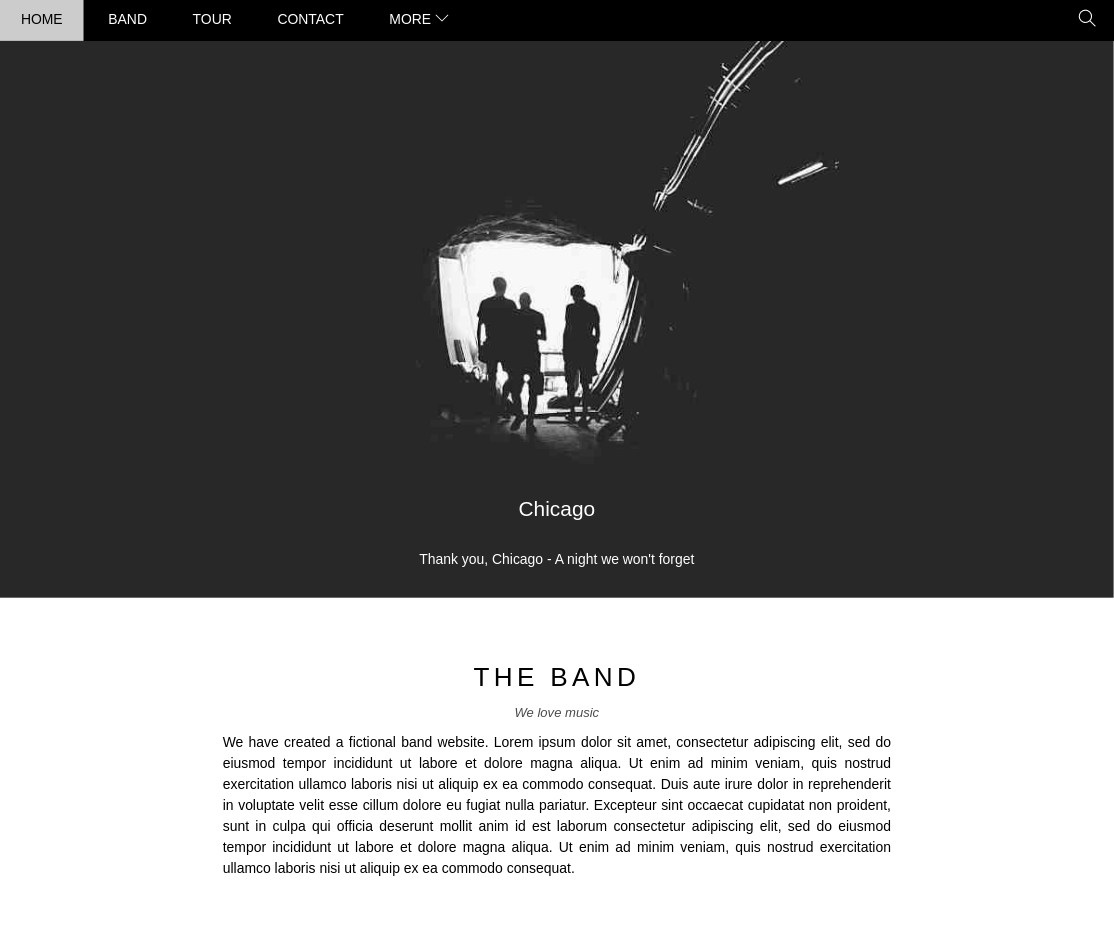
Repository: thanhsonnguyen-gif/f8-learn
Page: projectDemoTheBand/index.html
The author's editor kept a copy of each file at every save. The page is drawn from the files as they stood at one save, then again after the next save.
The browser window is 1280 px wide. The pictures show the whole page, at 87% of full size.

Above is the page before, as saved 2022-06-24 18:01:14.

### projectDemoTheBand/index.html
<!DOCTYPE html>
<html lang="en">
  <head>
    <meta charset="UTF-8" />
    <meta http-equiv="X-UA-Compatible" content="IE=edge" />
    <meta name="viewport" content="width=device-width, initial-scale=1.0" />
    <title>Document</title>
    <link rel="stylesheet" href="./assets/css/style.css" />
    <link
      rel="stylesheet"
      href="./assets/fonts/themify-icons-font/themify-icons/themify-icons.css"
    />
  </head>
  <body>
    <div id="main">
      <div id="header">
        <ul id="nav">
          <li><a href="">HOME</a></li>
          <li><a href="">BAND</a></li>
          <li><a href="">TOUR</a></li>
          <li><a href="">CONTACT</a></li>
          <li>
            <a title="more" href="#">
              More
              <i class="ti-angle-down"></i>
            </a>
            <ul class="subnav">
              <li><a href="">Merchandise</a></li>
              <li><a href="">Extras</a></li>
              <li><a href="">Media</a></li>
            </ul>
          </li>
        </ul>
        <div class="search-btn">
          <i class="ti-search"></i>
        </div>
      </div>
      <div id="slide">
        <div id="textContent">
          <h1 id="city">Chicago</h1>
          <p id="decription">Thank you, Chicago - A night we won't forget</p>
        </div>
      </div>
      <div id="content">
        <div id="about-session">
          <div class="heading">THE BAND</div>
          <div class="sub-heading">We love music</div>
          <p class="text-about"
            >We have created a fictional band website. Lorem ipsum dolor sit
            amet, consectetur adipiscing elit, sed do eiusmod tempor incididunt
            ut labore et dolore magna aliqua. Ut enim ad minim veniam, quis
            nostrud exercitation ullamco laboris nisi ut aliquip ex ea commodo
            consequat. Duis aute irure dolor in reprehenderit in voluptate velit
            esse cillum dolore eu fugiat nulla pariatur. Excepteur sint occaecat
            cupidatat non proident, sunt in culpa qui officia deserunt mollit
            anim id est laborum consectetur adipiscing elit, sed do eiusmod
            tempor incididunt ut labore et dolore magna aliqua. Ut enim ad minim
            veniam, quis nostrud exercitation ullamco laboris nisi ut aliquip ex
            ea commodo consequat.</p
          >
        </div>
      </div>
      <div id="footer"> </div>
    </div>
  </body>
</html>

### projectDemoTheBand/assets/css/style.css
* {
  padding: 0;
  margin: 0;
  box-sizing: border-box;
}

#main {
  font-family: Arial, Helvetica, sans-serif;
}

#header {
  position: fixed;
  left: 0;
  right: 0;
  top: 0;
  background-color: #000;
  height: 46.5px;
  color: #fff;
  z-index: 1;
}

#nav {
  display: inline-block;
}

#nav ul {
  list-style-type: none;
}

#nav > li {
  display: inline-block;
  position: relative;
}

#nav > li > a {
  line-height: 46.5px;
  padding: 0 24px;
  text-decoration: none;
  color: #fff;
  display: block;
  text-transform: uppercase;
}

#nav > li:hover > a {
  background-color: #ccc;
  color: #000;
}

#nav > li:hover .subnav {
  display: block;
}

#nav .subnav {
  position: absolute;
  display: none;
  box-shadow: 0 0 5px rgba(0, 0, 0, 0.4);
  background-color: #fff;
  min-width: 160px;
}

#nav .subnav > li > a {
  line-height: 38.5px;
  padding: 0 16px;
  text-decoration: none;
  color: #000;
  display: block;
}

#nav .subnav > li:hover > a {
  background-color: #ccc;
}

#naw .ti-angle-down {
  font-size: 14px;
}

.search-btn {
  float: right;
  color: #fff;
  font-size: 20px;
  right: 0;
  line-height: 46px;
  padding: 0 20px;
  cursor: pointer;
}

.search-btn:hover {
  background-color: #f44336;
}

#slide {
  margin-top: 46.5px;
  padding-top: 50%;
  background: url(/projectDemoTheBand/assets/img/slide1.jpg) top center / cover
    no-repeat;
  position: relative;
}

#textContent {
  width: 100%;
  color: #fff;
  text-align: center;
  position: absolute;
  bottom: 0;
}

#city {
  font-weight: 500;
  font-size: 24px;
}

#decription {
  font-size: 16px;
  padding: 35px 0;
}

#content {
}

#about-session {
  width: 800px;
  margin: 0 auto;
  padding: 64px 16px;
}

.heading {
  text-align: center;
  letter-spacing: 5px;
  margin: 10px 0;
  font-size: 30px;
}

.sub-heading {
  text-align: center;
  font-style: italic;
  opacity: 0.7;
  margin: 15px 0;
  font-size: 15px;
}

.text-about {
  text-align: justify;
  line-height: 1.5;
}

#footer {
}

Loaded but not shown: projectDemoTheBand/assets/fonts/themify-icons-font/themify-icons/themify-icons.css (common file)

After the next save:
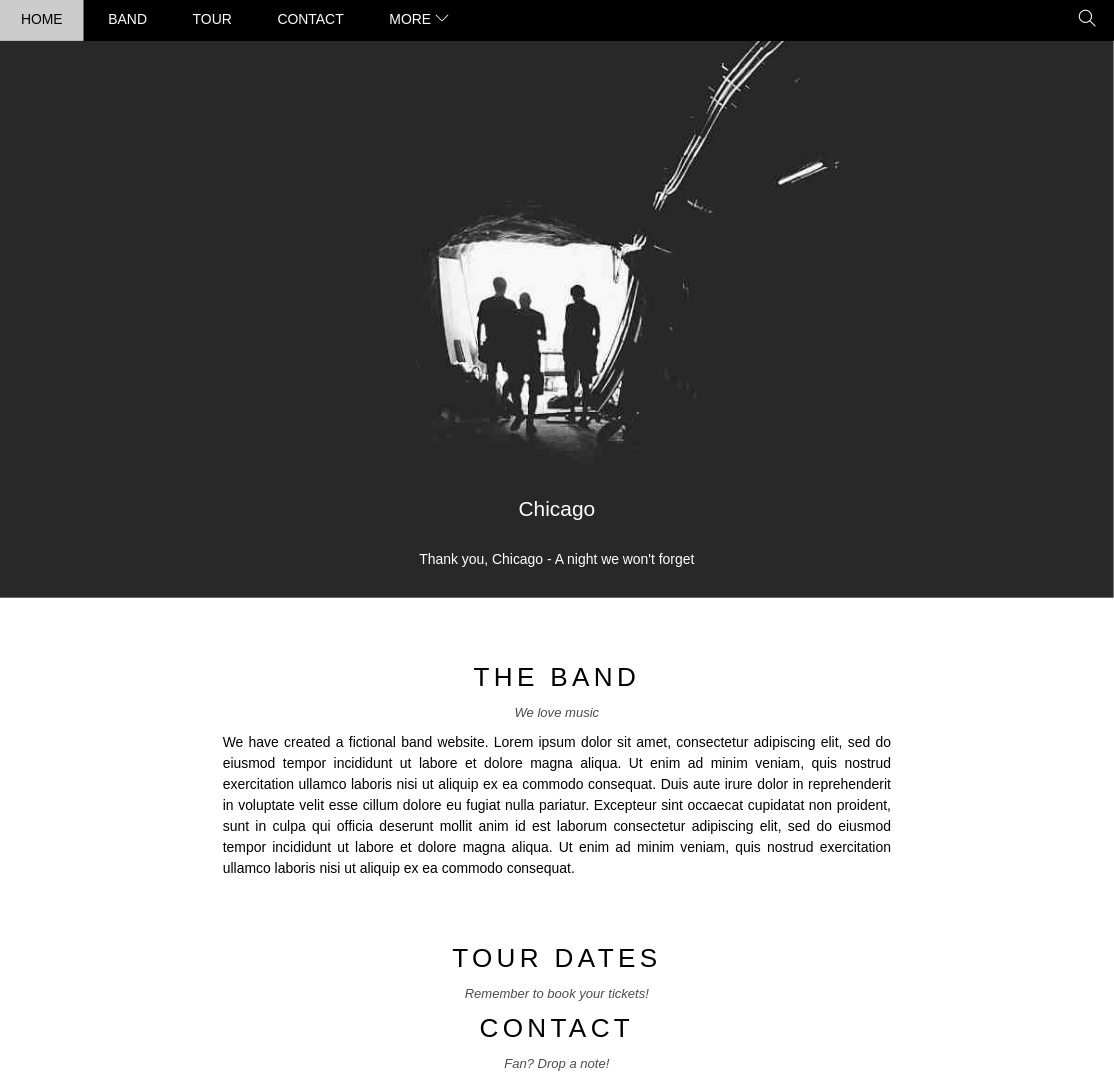
Saved 6 min 41 s later.
--- a/projectDemoTheBand/index.html
+++ b/projectDemoTheBand/index.html
@@ -59,6 +59,16 @@
             ea commodo consequat.</p
           >
         </div>
+        <div id="tours-session">
+          <div class="heading">TOUR DATES</div>
+          <div class="sub-heading">Remember to book your tickets!</div>
+        </div>
+
+        <div id="contacts-session">
+          <div class="heading">CONTACT</div>
+          <div class="sub-heading">Fan? Drop a note!</div>
+        </div>
+        <div id="img-session"> </div>
       </div>
       <div id="footer"> </div>
     </div>
